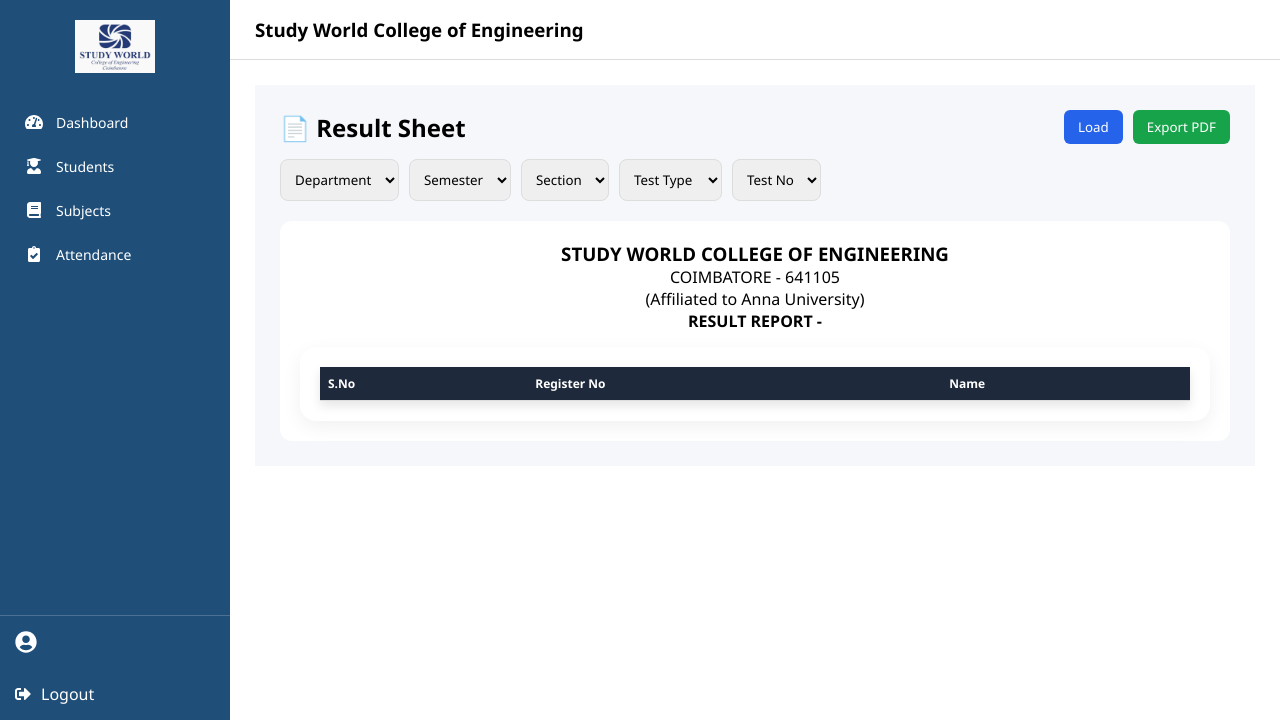
Repository: arthanarieswara/frontend
Page: /result-sheet
An editor plug-in stored every save of this project. The page is shown before and after the next save, followed by the edit.
The browser window is 1280 px wide. The pictures show the whole page.
The page's requests for data from a server got no answer. The project was rebuilt for these pictures with package versions that can differ from the ones it lists, and the page was loaded fresh each time. No one was signed in, and anything a server would have sent is missing. Also part of the build but not shown: vite.config.js, src/pages/auth/Login.jsx, src/pages/dashboard/Dashboard.css, src/pages/dashboard/Dashboard.jsx, src/pages/departments/Departments.jsx, src/pages/students/Students.css, src/pages/students/Students.jsx, src/pages/faculty/Faculty.css and 13 more.

Above is the page before, as saved 2026-04-13 15:27:50.

### index.html
<!doctype html>
<html lang="en">
  <head>
    <meta charset="UTF-8" />
    <link rel="icon" type="image/svg+xml" href="/college-logo.png" />
    <meta name="viewport" content="width=device-width, initial-scale=1.0" />
    <title>SWMS</title>
  </head>
  <body>
    <div id="root"></div>
    <script type="module" src="/src/main.jsx"></script>
  </body>
</html>

### src/App.jsx
import AppRoutes from "./routes/AppRoutes";

function App() {
  return <AppRoutes />;
}

export default App;

### src/routes/AppRoutes.jsx
import { BrowserRouter, Routes, Route } from "react-router-dom";

import Login from "../pages/auth/Login";
import Dashboard from "../pages/dashboard/Dashboard";
import Departments from "../pages/departments/Departments";
import Students from "../pages/students/Students";
import Faculty from "../pages/faculty/Faculty";
import Subjects from "../pages/Subjects/Subjects";
import Attendance from "../pages/Attendance/Attendance";
import Users from "../pages/users/Users";
import UserMapping from "../pages/UserMapping/UserMapping"; // ✅ NEW
import FacultyAttendance from "../pages/faculty/FacultyAttendance";
import Marks from "../pages/marks/Marks";
import ResultSheet from "../pages/marks/ResultSheet";
import SubjectMarks from "../pages/marks/SubjectMarks";
function AppRoutes() {
  return (
    <BrowserRouter>
      <Routes>
        <Route path="/" element={<Login />} />
        <Route path="/dashboard" element={<Dashboard />} />
        <Route path="/departments" element={<Departments />} />
        <Route path="/students" element={<Students />} />
        <Route path="/faculty" element={<Faculty />} />
        <Route path="/subjects" element={<Subjects />} />
        <Route path="/attendance" element={<Attendance />} />
        <Route path="/users" element={<Users />} />
        <Route path="/faculty-attendance" element={<FacultyAttendance />} />

        {/* ✅ NEW ROUTE */}
        <Route path="/mapping" element={<UserMapping />} />
        <Route path="/marks" element={<Marks />} />
        <Route path="/result-sheet" element={<ResultSheet />} />
        <Route path="/subject-marks" element={<SubjectMarks />} />
      </Routes>
    </BrowserRouter>
  );
}

export default AppRoutes;

### src/pages/auth/Login.css
*{
  margin:0;
  padding:0;
  box-sizing:border-box;
  font-family:"Segoe UI",sans-serif;
}

/* ANIMATED BACKGROUND */

.login-wrapper{
  height:100vh;
  display:flex;
  justify-content:center;
  align-items:center;
  background:linear-gradient(270deg,#0f4c81,#3a8bfd,#1a6ed8);
  background-size:600% 600%;
  animation:gradientBG 10s ease infinite;
}

@keyframes gradientBG{
  0%{background-position:0% 50%}
  50%{background-position:100% 50%}
  100%{background-position:0% 50%}
}

/* LOGIN CARD */

.login-card{
  width:420px;
  padding:40px;
  border-radius:12px;
  background:rgba(255,255,255,0.15);
  backdrop-filter:blur(15px);
  box-shadow:0 15px 40px rgba(0,0,0,0.3);
  text-align:center;
  color:white;
}

/* COLLEGE HEADER */

.college-logo{
  width:70px;
  margin-bottom:10px;
}

.college-header h1{
  font-size:20px;
  margin-bottom:5px;
}

.college-header p{
 font-size:13px;
  opacity:0.9;
}

.college-header span{
  font-size:12px;
  opacity:0.8;
}

.college-header{
  margin-bottom:30px;
}

/* INPUT GROUP */

.input-group{

  position:relative;
  margin-bottom:20px;
}

.input-group input{
  width:100%;
  padding:12px;
  border:none;
  border-radius:6px;
  outline:none;
  font-size:14px;
}

/* FLOATING LABEL */

.input-group label{
  position:absolute;
  left:12px;
  top:50%;
  transform:translateY(-50%);
  color:#000000;
  font-size:14px;
  pointer-events:none;
  transition:0.3s;
}

.input-group input:focus + label,
.input-group input:not(:placeholder-shown) + label{
  top:-8px;
  /* background:white; */
  padding:0 5px;
  font-size:15px;
  color:white;
}

/* PASSWORD ICON */

.password-group{
 position:relative;
}

.eye-icon{
  position:absolute;
  right:10px;
  top:50%;
  transform:translateY(-50%);
  cursor:pointer;
  color:#444;
}

/* BUTTON */

.login-btn{
  width:100%;
  padding:12px;
  border:none;
  border-radius:6px;
  background:white;
  color:#0f4c81;
  font-size:16px;
  font-weight:bold;
  cursor:pointer;
  transition:all 0.3s;
}

.login-btn:hover{
  transform:translateY(-2px);
  box-shadow:0 5px 15px rgba(0,0,0,0.3);
}

### src/components/Layout.jsx
import { useState } from "react";
import Sidebar from "./Sidebar";
import Navbar from "./Navbar";

function Layout({ children }) {

  const [collapsed,setCollapsed] = useState(false);

  return (

    <div style={{display:"flex"}}>

      <Sidebar collapsed={collapsed} />

      <div style={{flex:1}}>

        <Navbar toggleSidebar={()=>setCollapsed(!collapsed)} />

        <div style={{padding:"25px"}}>
          {children}
        </div>

      </div>

    </div>

  );

}

export default Layout;

### src/pages/departments/Departments.css
.departments h2 {
    margin-bottom: 20px;
}

.add-section {
    display: flex;
    gap: 10px;
    margin-bottom: 20px;
}

.add-section input {
    padding: 10px;
    border: 1px solid #ccc;
    border-radius: 5px;
}

.add-section button {
    background: #0f4c81;
    color: white;
    border: none;
    padding: 10px 15px;
    border-radius: 5px;
    cursor: pointer;
}

table {
    width: 100%;
    border-collapse: collapse;
    background: white;
    box-shadow: 0 5px 10px rgba(0, 0, 0, 0.1);
}

th,
td {
    padding: 12px;
    border-bottom: 1px solid #ddd;
    text-align: left;
}

.delete-btn {
    background: red;
    color: white;
    border: none;
    padding: 6px 10px;
    border-radius: 4px;
    cursor: pointer;
}

.edit-btn {
    background: #0f4c81;
    color: white;
    border: none;
    padding: 6px 10px;
    border-radius: 4px;
    cursor: pointer;
    margin: 10px;
}

### src/pages/faculty/FacultyAttendance.css
.faculty-attendance {
  padding: 25px;
}

/* HEADER */
.header {
  display: flex;
  justify-content: space-between;
  align-items: center;
  margin-bottom: 20px;
}

.actions {
  display: flex;
  gap: 10px;
}

.actions input {
  padding: 8px;
  border-radius: 6px;
  border: 1px solid #ccc;
}

.actions button {
  background: #1e5eff;
  color: white;
  border: none;
  padding: 8px 14px;
  border-radius: 6px;
  cursor: pointer;
}

.actions button:hover {
  background: #1748c7;
}

.secondary-btn {
  background: #28a745;
}

.secondary-btn:hover {
  background: #1e7e34;
}

/* TABLE */
.table-container {
  background: white;
  border-radius: 10px;
  box-shadow: 0 2px 10px rgba(0,0,0,0.08);
  overflow: hidden;
}

table {
  width: 100%;
  border-collapse: collapse;
}

thead {
  background: #1e5eff;
  color: white;
}

th, td {
  padding: 12px;
}

tbody tr:nth-child(even) {
  background: #f5f7fb;
}

tbody tr:hover {
  background: #eef2ff;
}

/* STATUS COLORS */
.status-dropdown.Present {
  background: #d4edda;
}

.status-dropdown.Absent {
  background: #f8d7da;
}

/* TIME INPUTS */
.time-inputs {
  display: flex;
  gap: 10px;
}

/* REPORT */
.report-section {
  margin-top: 30px;
}

.cards {
  display: flex;
  gap: 15px;
  flex-wrap: wrap;
}

.card {
  background: white;
  padding: 15px;
  border-radius: 8px;
  box-shadow: 0 2px 8px rgba(0,0,0,0.1);
  min-width: 120px;
  text-align: center;
}

.card.total {
  background: #1e5eff;
  color: white;
}

### src/pages/marks/ResultSheet.css
.result-page {
  padding: 25px;
  background: #f5f7fb;
}

/* HEADER */
.result-header {
  display: flex;
  justify-content: space-between;
  align-items: center;
  margin-bottom: 15px;
}

.actions {
  display: flex;
  gap: 10px;
}

.btn {
  padding: 8px 16px;
  border-radius: 8px;
  border: none;
  cursor: pointer;
}

.btn.primary {
  background: #2563eb;
  color: white;
}

.btn.success {
  background: #16a34a;
  color: white;
}

/* FILTER BAR */
.filter-bar {
  display: flex;
  gap: 10px;
  margin-bottom: 20px;
}

.filter-bar select {
  padding: 10px;
  border-radius: 8px;
  border: 1px solid #ddd;
}

/* PDF CONTAINER */
.pdf-container {
  background: white;
  padding: 20px;
  border-radius: 12px;
}

/* COLLEGE HEADER */
.college-block {
  text-align: center;
  margin-bottom: 15px;
}

.college-block h3 {
  margin: 0;
  font-weight: bold;
}

/* TABLE */
.table-wrapper {
  overflow-x: auto;
}

.result-table {
  width: 100%;
  border-collapse: collapse;
}

.result-table th {
  background: #1e293b;
  color: white;
  padding: 8px;
  font-size: 12px;
}

.result-table td {
  border: 1px solid #ddd;
  padding: 6px;
  font-size: 12px;
  text-align: center;
}

.result-table .name {
  text-align: left;
}

/* MARK COLORS */
.pass {
  color: #16a34a;
  font-weight: bold;
}

.fail {
  color: #dc2626;
  font-weight: bold;
}

.absent {
  color: #f97316;
  font-weight: bold;
}

/* ANALYSIS */
.analysis-section {
  margin-top: 20px;
}

.analysis-table {
  width: 100%;
  border-collapse: collapse;
  margin-bottom: 15px;
}

.analysis-table th {
  background: #f1f5f9;
  padding: 8px;
  text-align: left;
}

.analysis-table td {
  border: 1px solid #ddd;
  text-align: center;
}

### src/pages/marks/SubjectMarks.css
/* PAGE */
.subject-page {
  padding: 25px;
  background: #f5f7fb;
}

/* TITLE */
.subject-page h2 {
  margin-bottom: 15px;
  font-weight: 600;
}

/* ================= FILTERS ================= */
.filters.modern {
  display: grid;
  grid-template-columns: repeat(auto-fit, minmax(160px, 1fr));
  gap: 12px;
  margin-bottom: 20px;
}

.filters select,
.filters button {
  padding: 10px;
  border-radius: 10px;
  border: 1px solid #ddd;
  background: #f9fafb;
  transition: 0.2s;
}

.filters select:focus {
  border-color: #2563eb;
  background: white;
  outline: none;
}

/* BUTTONS */
.filters button {
  background: linear-gradient(135deg, #2563eb, #4f46e5);
  color: white;
  border: none;
  cursor: pointer;
}

.filters button:hover {
  transform: scale(1.05);
}

.export-btn {
  background: linear-gradient(135deg, #7c3aed, #a855f7);
}

/* ================= ANALYSIS ================= */
.analysis-grid {
  display: grid;
  grid-template-columns: repeat(auto-fit, minmax(140px, 1fr));
  gap: 15px;
  margin-bottom: 20px;
}

/* CARDS */
.card {
  padding: 18px;
  border-radius: 14px;
  text-align: center;
  font-weight: 600;
  color: white;
  box-shadow: 0 6px 18px rgba(0,0,0,0.08);
  transition: 0.25s;
  position: relative;
}

.card:hover {
  transform: translateY(-5px) scale(1.02);
}

/* TOP STRIP */
.card::before {
  content: "";
  position: absolute;
  top: 0;
  left: 0;
  height: 5px;
  width: 100%;
  border-radius: 14px 14px 0 0;
}

/* COLORS */
.total {
  background: linear-gradient(135deg, #1e293b, #334155);
}
.total::before { background: #94a3b8; }

.present {
  background: linear-gradient(135deg, #16a34a, #22c55e);
}
.present::before { background: #4ade80; }

.absent {
  background: linear-gradient(135deg, #ea580c, #f97316);
}
.absent::before { background: #fb923c; }

.pass {
  background: linear-gradient(135deg, #2563eb, #3b82f6);
}
.pass::before { background: #60a5fa; }

.fail {
  background: linear-gradient(135deg, #dc2626, #ef4444);
}
.fail::before { background: #f87171; }

.avg {
  background: linear-gradient(135deg, #7c3aed, #8b5cf6);
}
.avg::before { background: #a78bfa; }

.high {
  background: linear-gradient(135deg, #0891b2, #06b6d4);
}
.high::before { background: #67e8f9; }

.low {
  background: linear-gradient(135deg, #eab308, #facc15);
  color: black;
}
.low::before { background: #fde047; }

/* ================= TABLE ================= */
.table-wrapper {
  background: white;
  padding: 20px;
  border-radius: 16px;
  box-shadow: 0 6px 20px rgba(0,0,0,0.06);
  overflow-x: auto;
}

/* TABLE */
.marks-table {
  width: 100%;
  border-collapse: collapse;
}

/* HEADER */
.marks-table th {
  background: #1e293b;
  color: white;
  padding: 10px;
  font-size: 14px;
}

/* ROWS */
.marks-table td {
  padding: 10px;
  border-bottom: 1px solid #eee;
  text-align: center;
}

/* HOVER */
.marks-table tr:hover {
  background: #f9fafb;
}

/* INPUT */
.marks-table input {
  width: 80px;
  padding: 6px;
  border-radius: 8px;
  border: 1px solid #ddd;
  text-align: center;
}

.marks-table input:focus {
  border-color: #2563eb;
  outline: none;
}

/* SAVE BUTTON */
.save-btn {
  margin-top: 15px;
  padding: 10px 20px;
  border-radius: 10px;
  border: none;
  background: linear-gradient(135deg, #16a34a, #22c55e);
  color: white;
  cursor: pointer;
  transition: 0.3s;
}

.save-btn:hover {
  transform: scale(1.05);
}

### src/components/Sidebar.jsx
import { NavLink, useNavigate } from "react-router-dom";
import {
  FaTachometerAlt,
  FaUniversity,
  FaUserGraduate,
  FaChalkboardTeacher,
  FaBook,
  FaClipboardCheck,
  FaSignOutAlt,
  FaUserCircle,
  FaUsers,
  FaProjectDiagram,

} from "react-icons/fa";

import "./Sidebar.css";

function Sidebar({ collapsed }) {
  const navigate = useNavigate();

  const user = JSON.parse(localStorage.getItem("user"));
  const role = user?.role;

  const handleLogout = () => {
    localStorage.removeItem("token");
    localStorage.removeItem("user");
    navigate("/");
  };

  return (
    <div className="main-content">
      <div className={`sidebar ${collapsed ? "collapsed" : ""}`}>
        <div className="sidebar-header">
          <img src="/college-logo.png" className="sidebar-logo" />
        </div>

        <nav className="menu">
          {/* COMMON (ADMIN + FACULTY) */}
          <NavLink to="/dashboard" className="menu-item">
            <FaTachometerAlt />
            <span>Dashboard</span>
          </NavLink>

          <NavLink to="/students" className="menu-item">
            <FaUserGraduate />
            <span>Students</span>
          </NavLink>

          <NavLink to="/subjects" className="menu-item">
            <FaBook />
            <span>Subjects</span>
          </NavLink>

          <NavLink to="/attendance" className="menu-item">
            <FaClipboardCheck />
            <span>Attendance</span>
          </NavLink>

          {/* ADMIN ONLY */}
          {role === "Admin" && (
            <>
              <NavLink to="/departments" className="menu-item">
                <FaUniversity />
                <span>Departments</span>
              </NavLink>

              <NavLink to="/faculty" className="menu-item">
                <FaChalkboardTeacher />
                <span>Faculty</span>
              </NavLink>

              <NavLink to="/users" className="menu-item">
                <FaUsers />
                <span>Users</span>
              </NavLink>

              <NavLink to="/mapping" className="menu-item">
                <FaProjectDiagram />
                <span>Mapping</span>
              </NavLink>

              <NavLink to="/faculty-attendance" className="menu-item">
                <FaClipboardCheck />
                <span>Faculty Attendance</span>
              </NavLink>

              <NavLink to="/marks" className="menu-item">
                <FaClipboardCheck />
                <span>Marks</span>
              </NavLink>

              <NavLink to="/result-sheet" className="menu-item">
                <FaClipboardCheck />
                <span>Result Sheet</span>
              </NavLink>

              <NavLink to="/subject-marks" className="menu-item">
                <FaClipboardCheck />
                <span>Subject Mark</span>
              </NavLink>


            </>
          )}
        </nav>

        {/* PROFILE + LOGOUT */}

        <div className="bottom-section">
          <div className="profile">
            <FaUserCircle className="profile-icon" />
            <span>{role}</span>
          </div>

          <div className="logout" onClick={handleLogout}>
            <FaSignOutAlt />
            <span>Logout</span>
          </div>
        </div>
      </div>
    </div>
  );
}

export default Sidebar;

### src/components/Navbar.jsx
import { FaBars } from "react-icons/fa";
import "./Navbar.css";

function Navbar({ toggleSidebar }) {

    return (

        <div className="navbar">

            {/* <FaBars className="toggle-btn" onClick={toggleSidebar} /> */}

            <h3>Study World College of Engineering</h3>

        </div>

    )

}

export default Navbar;

### src/components/Sidebar.css
.sidebar {
  width: 230px;
  height: 100vh;
  background: #1f4e79;
  color: white;
  display: flex;
  flex-direction: column;
  justify-content: space-between;
  position: fixed;
  left: 0;
  top: 0;
}

/* HEADER */

.sidebar-header {
  display: flex;
  justify-content: center;
  align-items: center;
  padding: 20px 10px;
}

.sidebar-logo {
  width: 80px;
  object-fit: contain;
}

/* MENU */

.menu {
  display: flex;
  flex-direction: column;
  gap: 5px;
  padding: 10px;
}

/* MENU ITEM */

.menu-item {
  display: flex;
  align-items: center;
  gap: 12px;
  padding: 10px 14px;
  color: white;
  text-decoration: none;
  border-radius: 6px;
  transition: 0.3s;
  font-size: 14px;
}

.menu-item svg {
  font-size: 16px;
  min-width: 20px;
}

.menu-item:hover {
  background: rgba(255, 255, 255, 0.15);
}

.menu-item.active {
  background: white;
  color: #1f4e79;
}

/* PUSH BOTTOM SECTION DOWN */

.bottom-section {
  margin-top: auto;
}

/* PROFILE */

.profile {
  display: flex;
  align-items: center;
  gap: 10px;
  padding: 15px;
  border-top: 1px solid rgba(255, 255, 255, 0.2);
}

.profile-icon {
  font-size: 22px;
}

/* LOGOUT */

.logout {
  display: flex;
  align-items: center;
  gap: 10px;
  padding: 15px;
  cursor: pointer;
  transition: 0.3s;
}

.logout:hover {
  background: rgba(255, 0, 0, 0.2);
}

.main-content {
  margin-left: 190px; /* SAME AS SIDEBAR WIDTH */
  padding: 20px;
}

### src/components/Navbar.css
.navbar{
  height:60px;
  background:white;
  border-bottom:1px solid #ddd;
  display:flex;
  align-items:center;
  padding:0 25px;
}

Loaded but not shown: src/main.jsx (common file); src/api/api.js (18 lines, source omitted); src/pages/marks/ResultSheet.jsx (365 lines, source omitted)

After the next save:
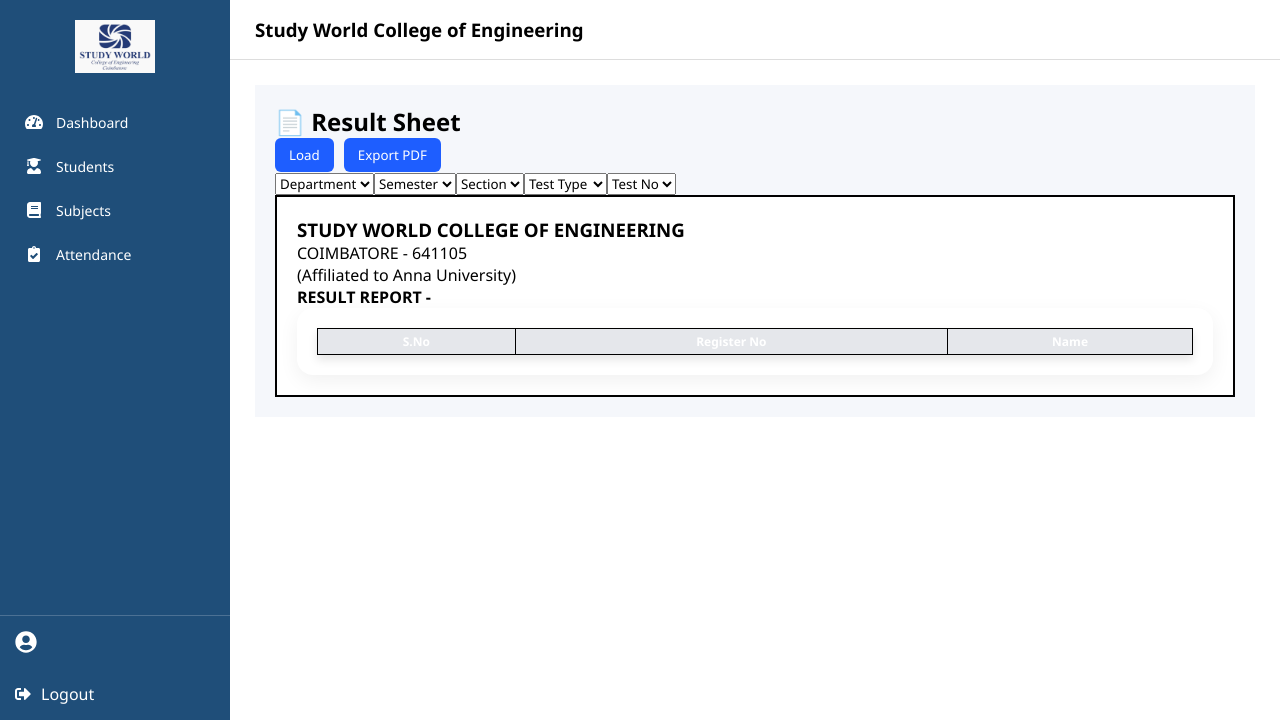
Saved 45 s later.
--- a/src/pages/marks/ResultSheet.css
+++ b/src/pages/marks/ResultSheet.css
@@ -1,131 +1,46 @@
 .result-page {
-  padding: 25px;
+  padding: 20px;
   background: #f5f7fb;
 }
 
-/* HEADER */
-.result-header {
-  display: flex;
-  justify-content: space-between;
-  align-items: center;
-  margin-bottom: 15px;
-}
-
-.actions {
-  display: flex;
-  gap: 10px;
-}
-
-.btn {
-  padding: 8px 16px;
-  border-radius: 8px;
-  border: none;
-  cursor: pointer;
-}
-
-.btn.primary {
-  background: #2563eb;
-  color: white;
-}
-
-.btn.success {
-  background: #16a34a;
-  color: white;
-}
-
-/* FILTER BAR */
-.filter-bar {
+.filters {
   display: flex;
   gap: 10px;
   margin-bottom: 20px;
 }
 
-.filter-bar select {
-  padding: 10px;
-  border-radius: 8px;
-  border: 1px solid #ddd;
+.filters select,
+.filters button {
+  padding: 8px 12px;
+  border-radius: 6px;
 }
 
-/* PDF CONTAINER */
 .pdf-container {
   background: white;
   padding: 20px;
-  border-radius: 12px;
+  border: 2px solid black;
 }
 
-/* COLLEGE HEADER */
-.college-block {
+.college-title {
   text-align: center;
-  margin-bottom: 15px;
-}
-
-.college-block h3 {
-  margin: 0;
   font-weight: bold;
+  margin-bottom: 10px;
 }
 
 /* TABLE */
-.table-wrapper {
-  overflow-x: auto;
-}
-
 .result-table {
   width: 100%;
   border-collapse: collapse;
+  font-size: 12px;
+}
+
+.result-table th,
+.result-table td {
+  border: 1px solid black;
+  padding: 4px;
+  text-align: center;
 }
 
 .result-table th {
-  background: #1e293b;
-  color: white;
-  padding: 8px;
-  font-size: 12px;
+  background: #e5e7eb;
 }
-
-.result-table td {
-  border: 1px solid #ddd;
-  padding: 6px;
-  font-size: 12px;
-  text-align: center;
-}
-
-.result-table .name {
-  text-align: left;
-}
-
-/* MARK COLORS */
-.pass {
-  color: #16a34a;
-  font-weight: bold;
-}
-
-.fail {
-  color: #dc2626;
-  font-weight: bold;
-}
-
-.absent {
-  color: #f97316;
-  font-weight: bold;
-}
-
-/* ANALYSIS */
-.analysis-section {
-  margin-top: 20px;
-}
-
-.analysis-table {
-  width: 100%;
-  border-collapse: collapse;
-  margin-bottom: 15px;
-}
-
-.analysis-table th {
-  background: #f1f5f9;
-  padding: 8px;
-  text-align: left;
-}
-
-.analysis-table td {
-  border: 1px solid #ddd;
-  text-align: center;
-}
